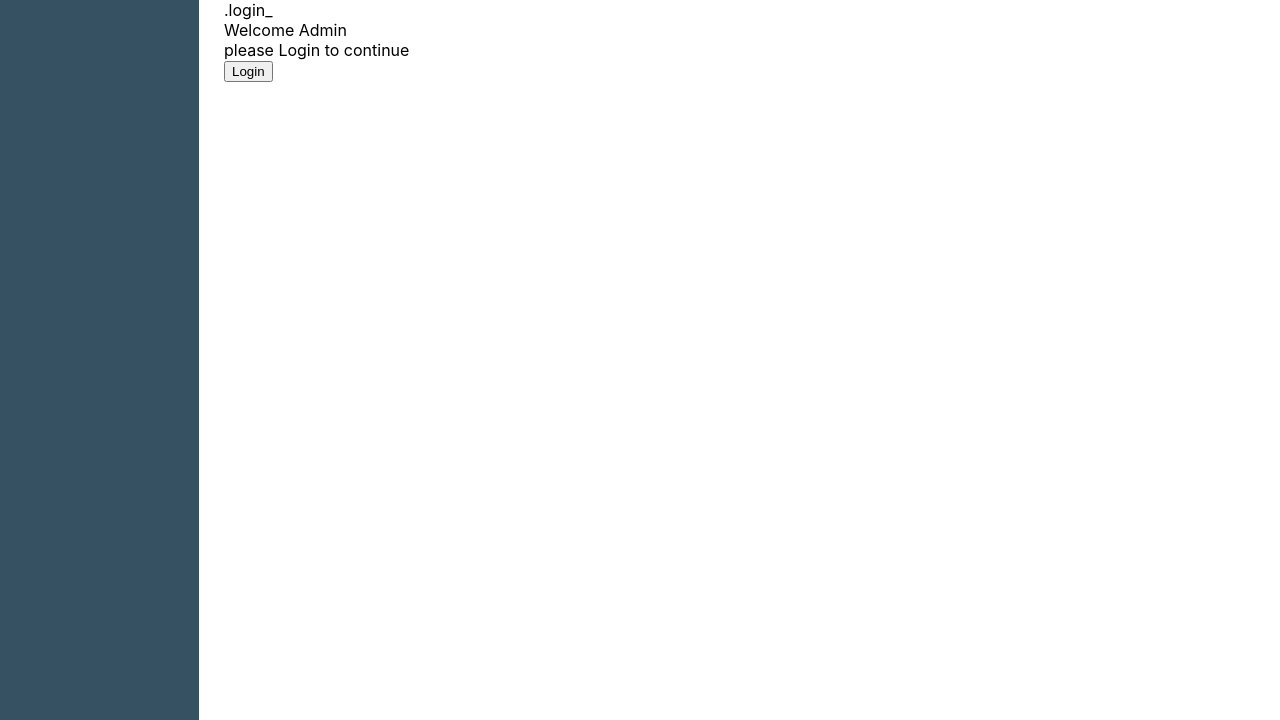
Repository: tatvanhco/shopee-admin
Page: /login
The author's editor kept a copy of each file at every save. The page is drawn from the files as they stood at one save, then again after the next save.
The browser window is 1280 px wide. The pictures show the whole page.
The project was rebuilt for these pictures with package versions that can differ from the ones it lists, and the page was loaded fresh each time. Also part of the build but not shown: src/components/common/NotFound.tsx, src/components/common/PrivateRoute.tsx, src/components/layout/Innercontext.tsx, src/components/layout/dashboard.tsx, src/components/layout/productManager.tsx, src/components/layout/ManageOrders.tsx, src/components/layout/catalogManager.tsx, src/components/layout/customerManager.tsx and 5 more.

Above is the page before, as saved 2022-09-28 17:13:53.

After the next save:
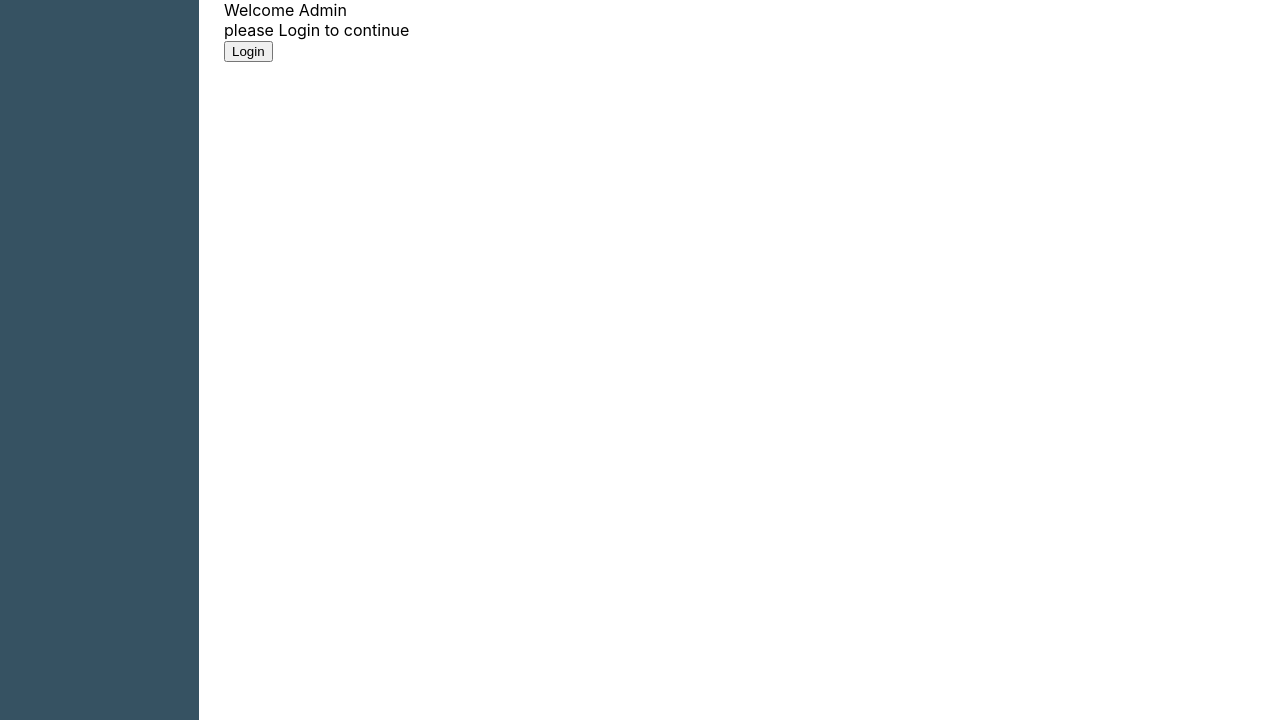
Saved 4 s later.
--- a/src/features/auth/pages/loginPage.tsx
+++ b/src/features/auth/pages/loginPage.tsx
@@ -9,7 +9,9 @@ export default function LoginPage() {
     };
     return (
         <>
-        .login_
+        <div className="loginFrom">
+
+        </div>
             <div>Welcome Admin</div>
             <div>please Login to continue</div>
             <button onClick={handleLogin}>Login</button>
